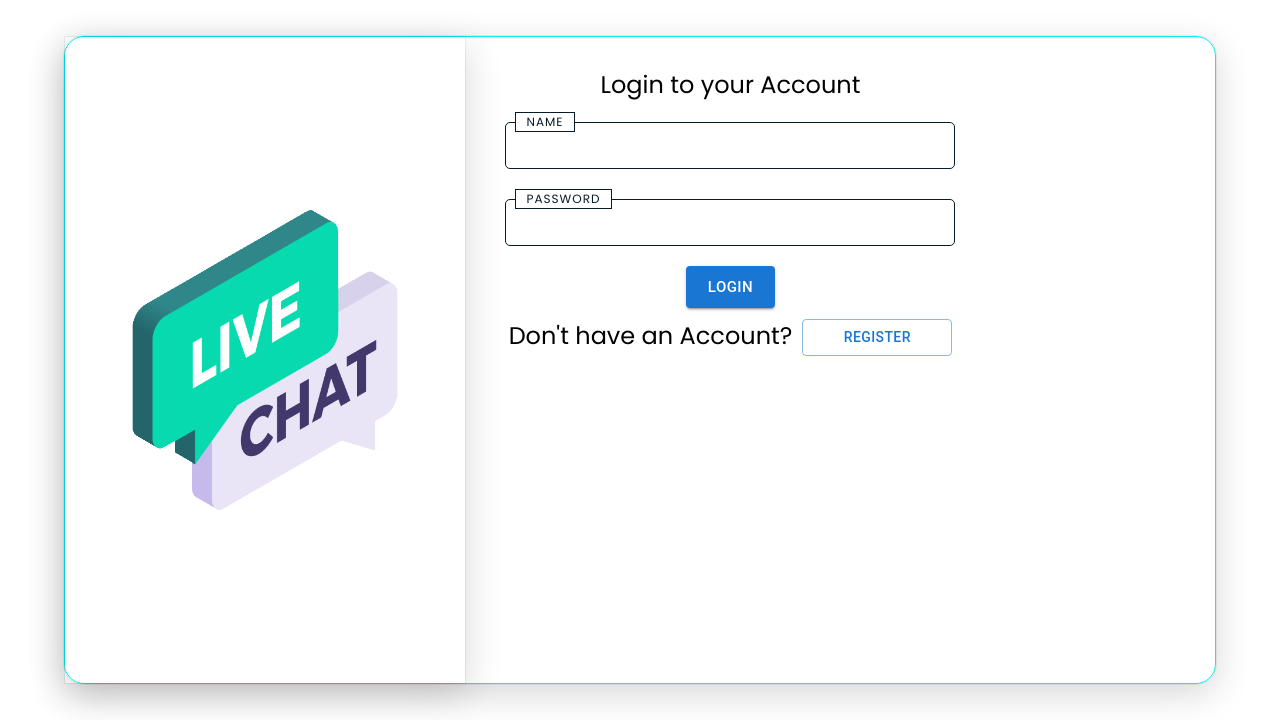
Repository: swastikjhacoder/mern-chat-frontend-only
Page: /
These files come from the project's save history. The page is drawn as it stood at one moment and after a run of saves; the edit follows.
The browser window is 1280 px wide. The pictures show the whole page.
The project was rebuilt for these pictures with package versions that can differ from the ones it lists, and the page was loaded fresh each time. Also part of the build but not shown: src/components/chat/ConversationList.jsx, src/components/chat/SideBar.jsx, src/components/MainContainer.jsx, src/components/chat/MessageOthers.jsx, src/components/chat/MessageSelf.jsx, src/components/chat/ChatContainer.jsx, src/components/chat/OnlineUsers.jsx, src/components/chat/OnlineUsersGroup.jsx and 4 more.

Above is the page before, as saved 2023-09-22 08:35:40.

After the next 7 saves:
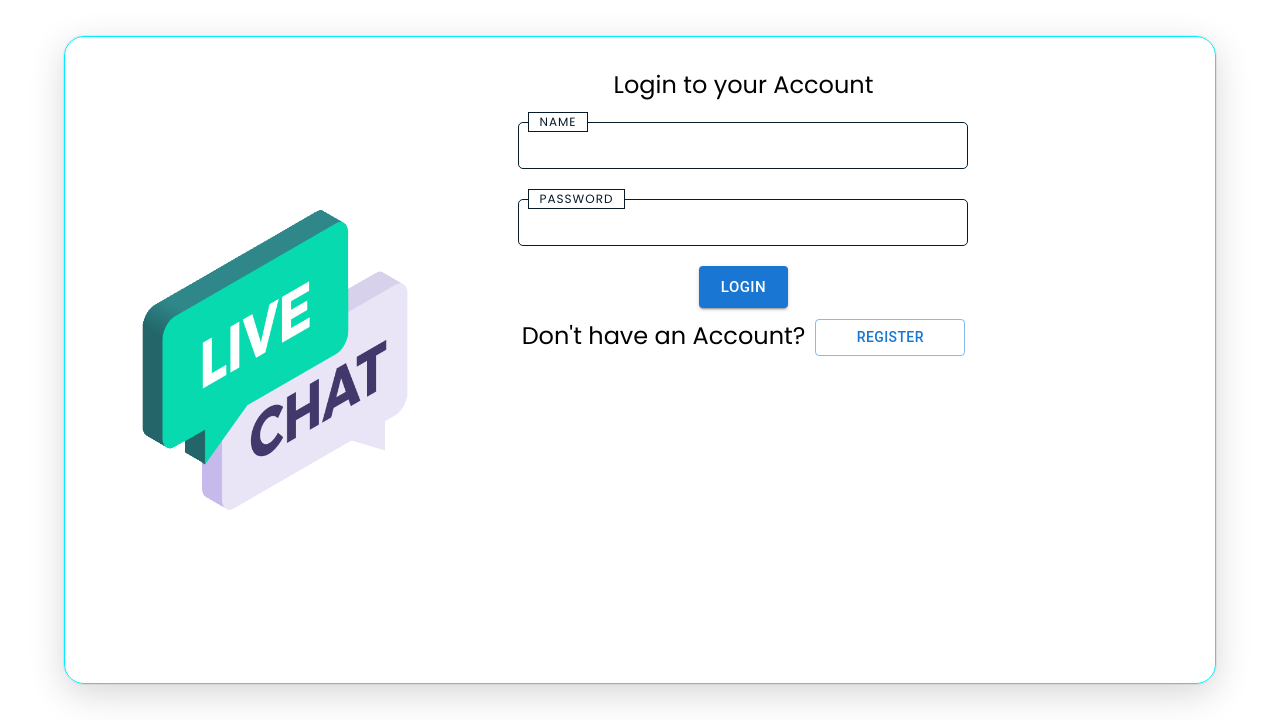
The 7 saves are shown as one change because they came seconds apart.
The last was saved 2 min 25 s later.
--- a/src/index.css
+++ b/src/index.css
@@ -487,6 +487,8 @@ body {
   justify-content: center;
   align-items: center;
   padding: 0 50px;
+  margin: 10px;
+  border-radius
   box-shadow: var(--box-shadow);
 }
 
